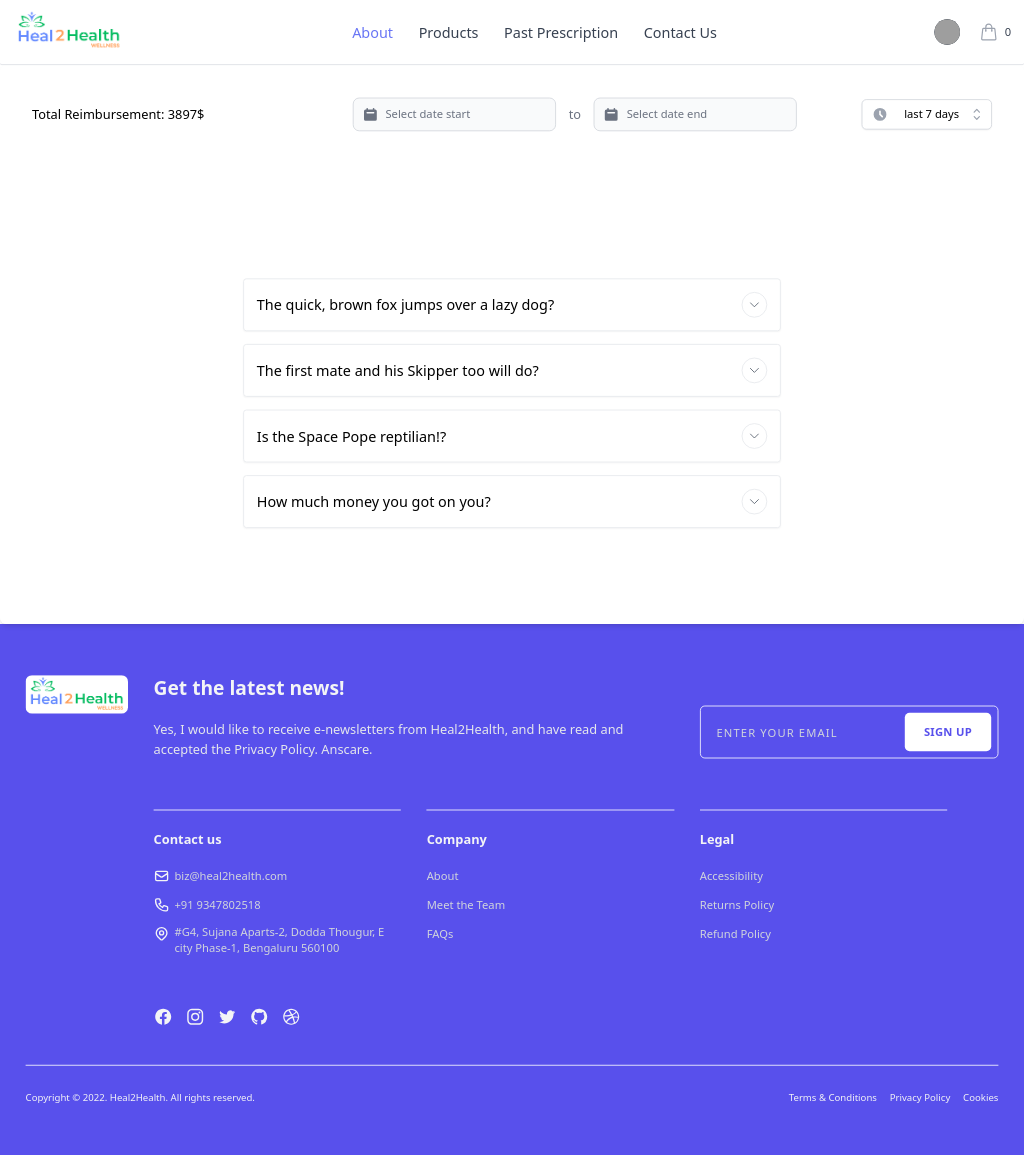
Repository: Akash123-coder/H2H
Page: /pastprescription (app in Frontend/)
An editor plug-in stored every save of this project. The page is shown before and after the next save, followed by the edit.
The browser window is 1280 px wide. The pictures show the whole page, at 80% of full size.
Pictures or frames that could not be fetched are drawn as grey boxes. The project was rebuilt for these pictures with package versions that can differ from the ones it lists, and the page was loaded fresh each time. Also part of the build but not shown: Frontend/vite.config.ts, Frontend/src/pages/About.tsx, Frontend/src/components/Cta.jsx, Frontend/src/pages/Home.jsx, Frontend/src/components/Product.tsx, Frontend/src/pages/Prescription.jsx, Frontend/src/pages/SignUp.jsx, Frontend/src/pages/Login.jsx and 1 more.

Above is the page before, as saved 2022-10-05 11:41:12.

After the next save:
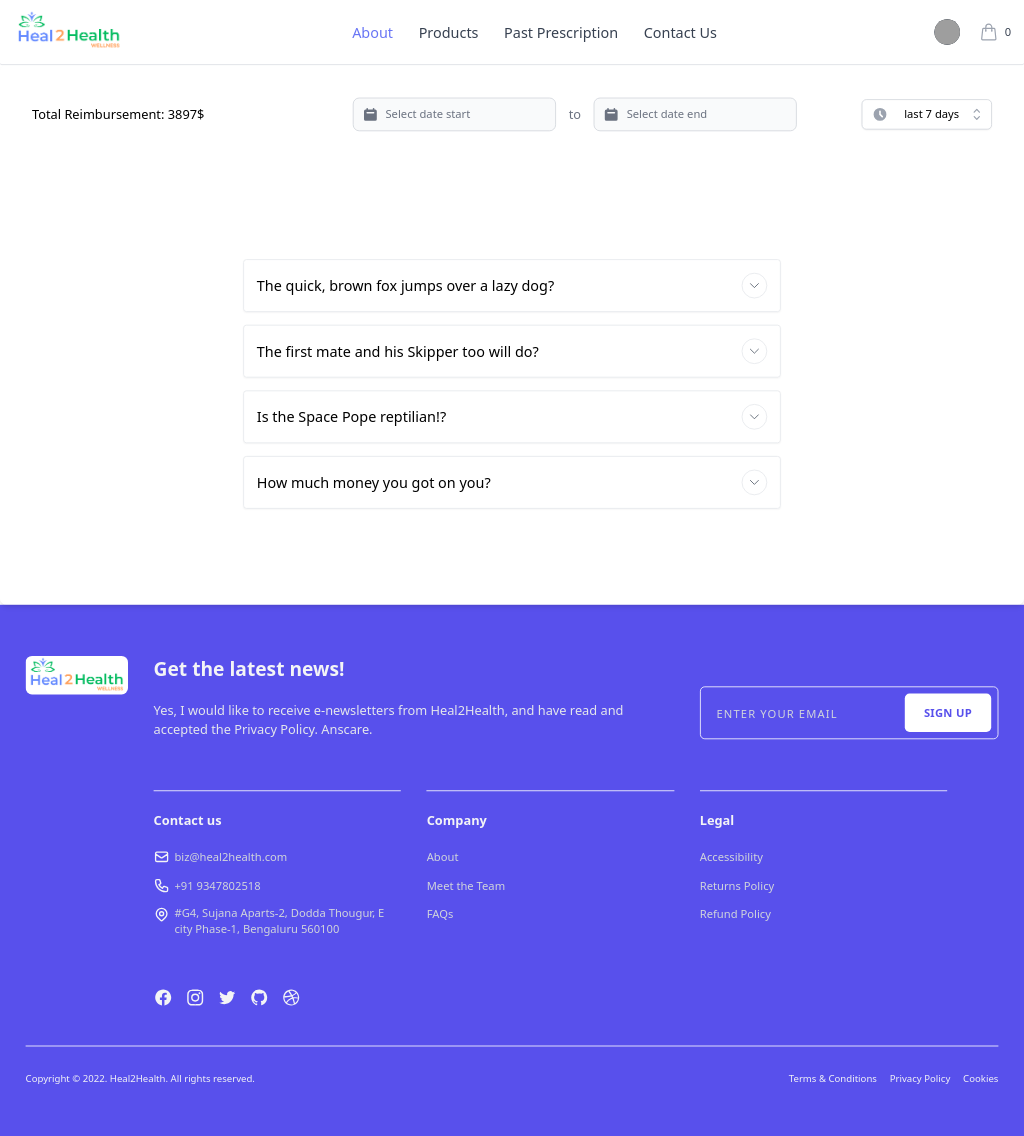
Saved 12 s later.
--- a/Frontend/src/components/AccodianData.jsx
+++ b/Frontend/src/components/AccodianData.jsx
@@ -47,9 +47,6 @@ export const AccodianData = () => {
     <div class="px-4 py-16 mx-auto sm:max-w-xl md:max-w-full lg:max-w-screen-xl md:px-24 lg:px-8 lg:py-20">
       <div class="max-w-xl sm:mx-auto lg:max-w-2xl">
         <div class="flex flex-col mb-16 sm:text-center">
-          <a href="/" class="mb-6 sm:mx-auto">
-
-          </a>
           <div class="max-w-xl md:mx-auto sm:text-center lg:max-w-2xl"></div>
         </div>
         <div class="space-y-4">
